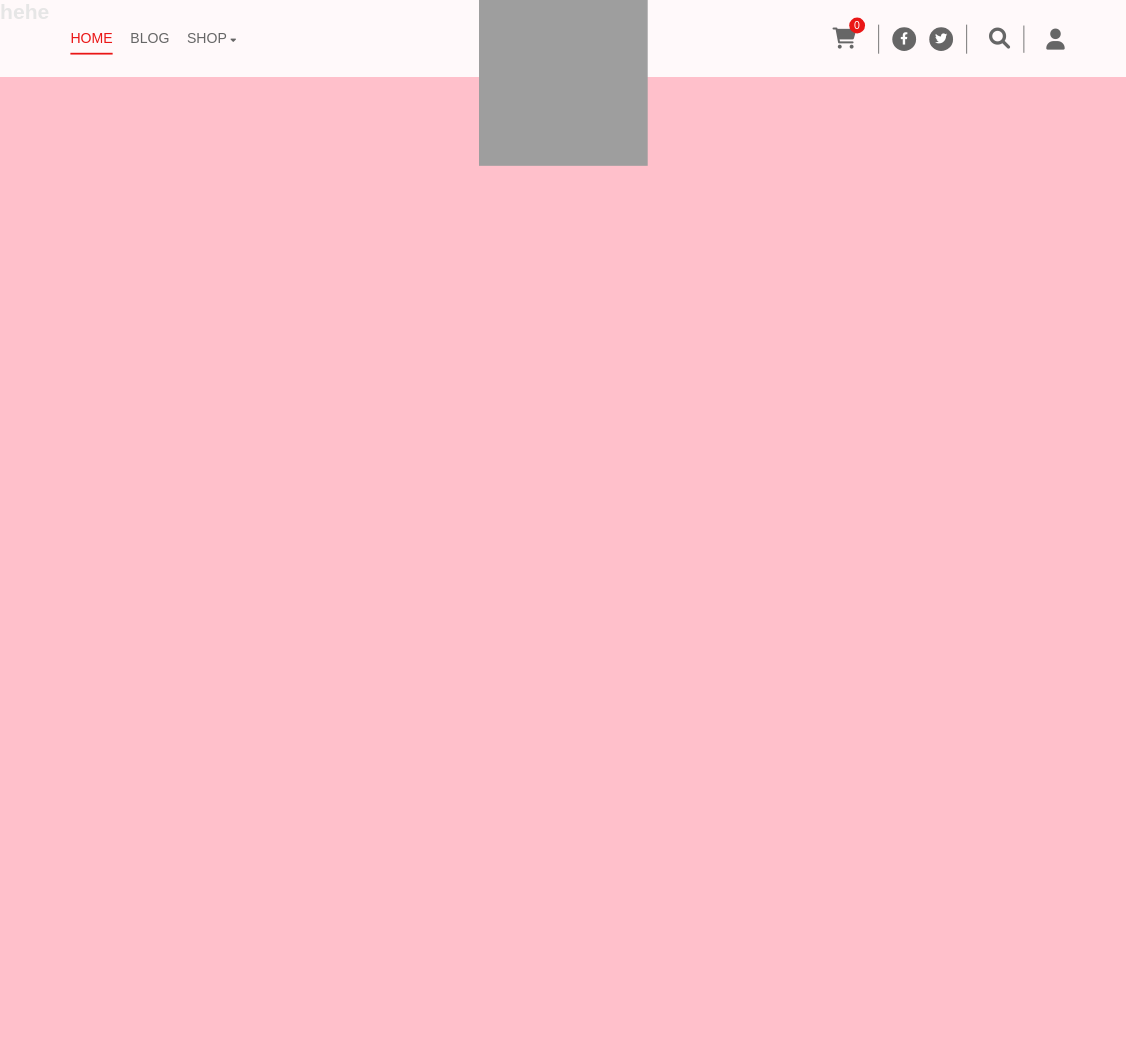
Repository: NguyenDucHung20002/header-and-scroll-top-project-cnpm
Page: blog.html
The author's editor kept a copy of each file at every save. The page is drawn from the files as they stood at one save, then again after the next save.
The browser window is 1280 px wide. The pictures show the whole page, at 88% of full size.
Pictures or frames that could not be fetched are drawn as grey boxes. The style sheet was rebuilt from its Sass, Less or Tailwind sources for each picture, by a compiler version that may differ from the author's.

Above is the page before, as saved 2022-09-15 10:26:32.
Console error: TypeError: Cannot read properties of undefined (reading 'top')

After the next save:
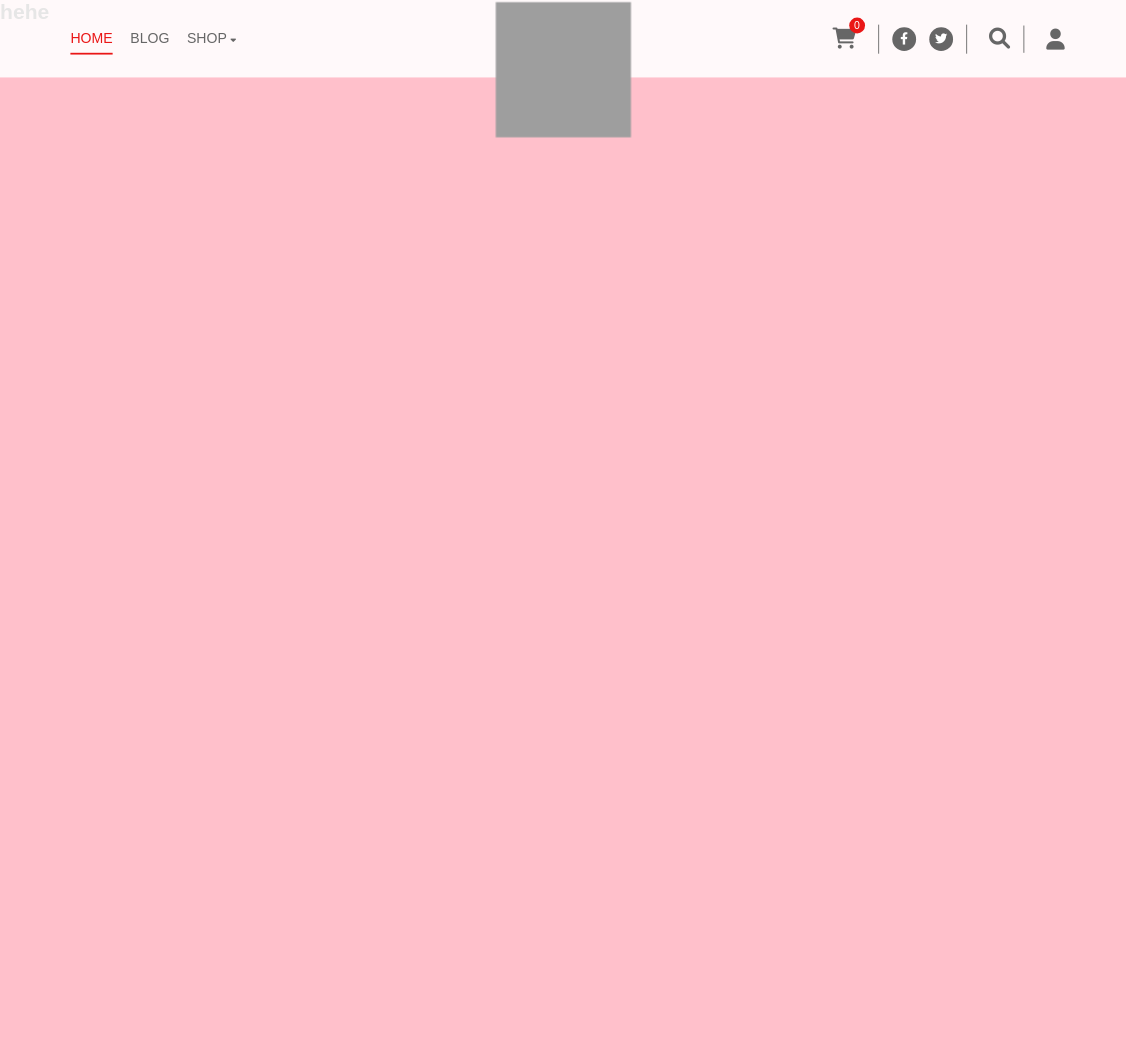
Saved 13 s later.
--- a/blog.scss
+++ b/blog.scss
@@ -131,8 +131,8 @@
               position: relative;
               background-color: #f0f7ef;
               transition: 0.3s;
-              width: 150px;
-              height: 150px;
+              width: 120px;
+              height: 120px;
               display: inline-block;
               border-radius: 50%;
               cursor: pointer;
